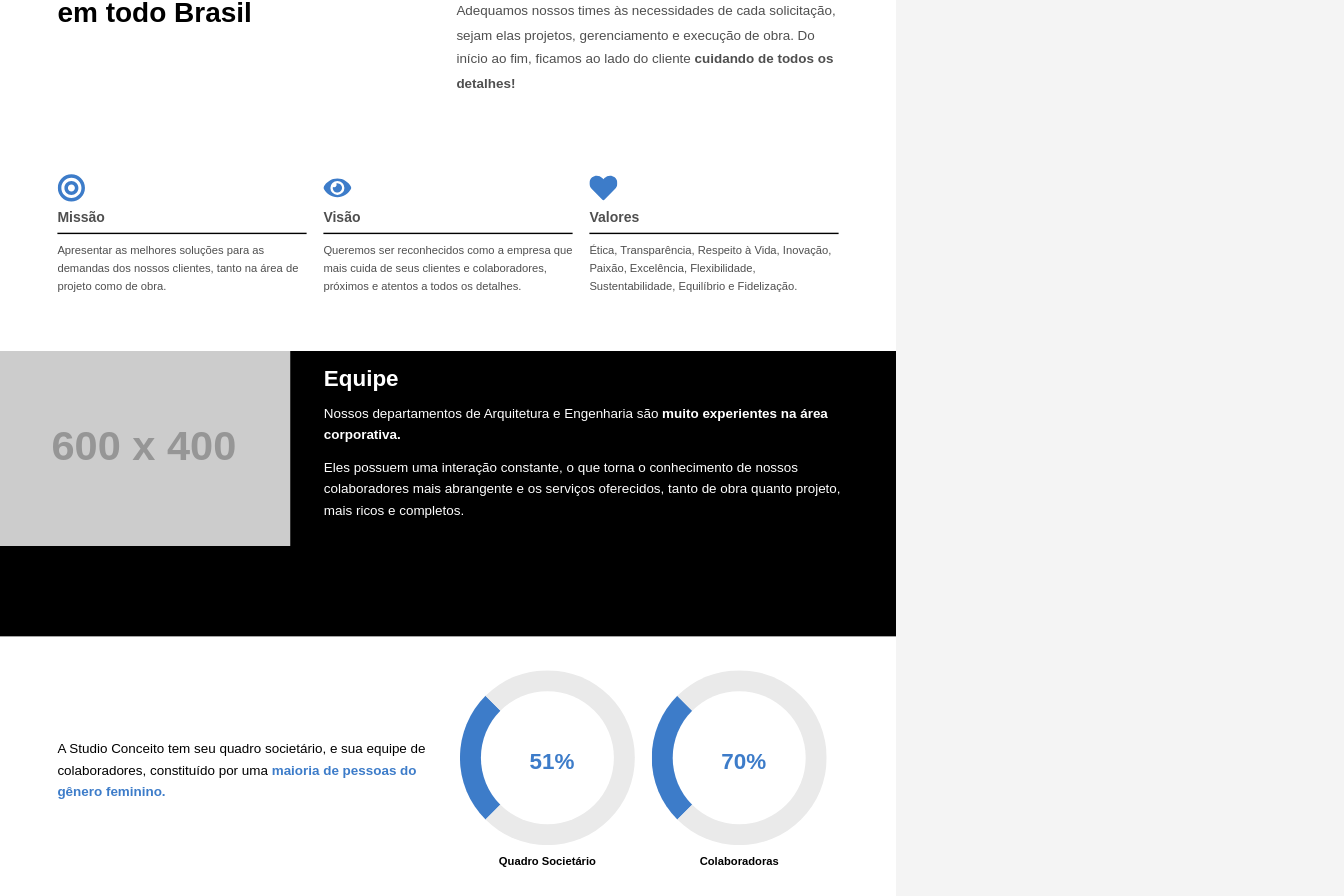
Repository: Upstairs-Agencia/studio-conceito-react
Page: /quem-somos
An editor plug-in stored every save of this project. The page is shown before and after the next save, followed by the edit.
The browser window is 1280 px wide. The page is 1920 px wide, so the pictures cover 1920 px, including what lies to the right of the window. The pictures show the part of the page from y = 2299 to 3579 px (the page is 3910 px tall), at 70% of full size.
The project was rebuilt for these pictures with package versions that can differ from the ones it lists, and the page was loaded fresh each time. Also part of the build but not shown: src/pages/Home.js, src/pages/Servicos.js, src/styles/cases.css, src/pages/Cases.js, src/pages/Blog.js, src/pages/Clientes.js, src/pages/Contato.js.

Above is the page before, as saved 2024-12-29 20:12:44.

### public/index.html
<!DOCTYPE html>
<html lang="en">
  <head>
    <meta charset="utf-8" />
    <link rel="icon" href="%PUBLIC_URL%/favicon.ico" />
    <meta name="viewport" content="width=device-width, initial-scale=1" />
    <meta name="theme-color" content="#000000" />
    <meta
      name="description"
      content="Web site created using create-react-app"
    />
    <link rel="apple-touch-icon" href="%PUBLIC_URL%/logo192.png" />
    <!--
      manifest.json provides metadata used when your web app is installed on a
      user's mobile device or desktop. See https://developers.google.com/web/fundamentals/web-app-manifest/
    -->
    <link rel="manifest" href="%PUBLIC_URL%/manifest.json" />
    <!--
      Notice the use of %PUBLIC_URL% in the tags above.
      It will be replaced with the URL of the `public` folder during the build.
      Only files inside the `public` folder can be referenced from the HTML.

      Unlike "/favicon.ico" or "favicon.ico", "%PUBLIC_URL%/favicon.ico" will
      work correctly both with client-side routing and a non-root public URL.
      Learn how to configure a non-root public URL by running `npm run build`.
    -->
    <title>Studio Conceito</title>
  </head>
  <body>
    <noscript>You need to enable JavaScript to run this app.</noscript>
    <div id="root"></div>
    <!--
      This HTML file is a template.
      If you open it directly in the browser, you will see an empty page.

      You can add webfonts, meta tags, or analytics to this file.
      The build step will place the bundled scripts into the <body> tag.

      To begin the development, run `npm start` or `yarn start`.
      To create a production bundle, use `npm run build` or `yarn build`.
    -->
  </body>
</html>

### src/index.js

import React from 'react';
import ReactDOM from 'react-dom';
import App from './App';
import 'mdb-react-ui-kit/dist/css/mdb.min.css'; // MDB styles
import './index.css'; // Global styles

ReactDOM.render(
  <React.StrictMode>
    <App />
  </React.StrictMode>,
  document.getElementById('root')
);

### src/App.js

import React from 'react';
import { BrowserRouter as Router, Routes, Route } from 'react-router-dom';
import Home from './pages/Home';
import QuemSomos from './pages/QuemSomos';
import Servicos from './pages/Servicos';
import Cases from './pages/Cases';
import Blog from './pages/Blog';
import Clientes from './pages/Clientes';
import Contato from './pages/Contato';

function App() {
  return (
    <Router>
      <Routes>
        <Route path="/" element={<Home />} />
        <Route path="/quem-somos" element={<QuemSomos />} />
        <Route path="/servicos" element={<Servicos />} />
        <Route path="/cases" element={<Cases />} />
        <Route path="/blog" element={<Blog />} />
        <Route path="/clientes" element={<Clientes />} />
        <Route path="/contato" element={<Contato />} />
      </Routes>
    </Router>
  );
}

export default App;

### src/index.css

body {
  margin: 0;
  font-family: Arial, sans-serif;
  background-color: #f4f4f4;
}

### src/pages/QuemSomos.js
import React from "react";
import Navbar from "../components/navbar"; // Importando o componente Navbar
import { MDBContainer, MDBRow, MDBCol } from "mdb-react-ui-kit";
import { FaBullseye, FaEye, FaHeart } from "react-icons/fa";

import Footer from "../components/footer";
import "../styles/quemsomos.css";

import Escritorio from '../images/quemsomosImg/escritorioImg.png';
import Bgbottom from '../images/quemsomosImg/BackgroundEndsession.png';
import socio1 from '../images/quemsomosImg/socioCristina.png';
import socio2 from '../images/quemsomosImg/socioCastilho.png';
import bgesquerda from '../images/quemsomosImg/Backgroundesqerda.png';

export default function QuemSomos() {
  return (
    <>
      <div className="all">
        {/* Navbar */}
        <Navbar />

        {/* Seção de cabeçalho do quem somos */}
        <section className="bg-black text-white py-5">
          <MDBContainer>
            <MDBRow className="align-items-center">
              <MDBCol md="6">
                <h1 className="fw-bold">Quem somos</h1>
              </MDBCol>
              <MDBCol md="6" className="text-end">
                <img
                  src="https://placehold.co/200x150" // Imagem maior para seguir o padrão original
                  alt="Padrão gráfico"
                  style={{ maxWidth: "200px", marginRight: "4rem" }}
                />
              </MDBCol>
            </MDBRow>
          </MDBContainer>
        </section>

        {/* Quem Somos Section */}
        <section className="py-5 ">
          <MDBContainer>
            <MDBRow className="align-items-center">
              <MDBCol md="6">
                <img
                  src={Escritorio}
                  alt="Studio Conceito"
                  className="img-fluid"
                />
              </MDBCol>
              <MDBCol md="6">
                <h2 className="fw-bold mb-4">Studio Conceito</h2>
                <p>
                  A Studio Conceito Arquitetura foi{" "}
                  <strong>fundada em 2009</strong> e conta com uma equipe
                  altamente capacitada e com grande experiência na área
                  corporativa.
                </p>
                <p>
                  O <strong>Atendimento Personalizado</strong> é o grande foco
                  de nossa empresa, visando sempre garantir a satisfação e a
                  consequente fidelização de nossos clientes.
                </p>
              </MDBCol>
            </MDBRow>
          </MDBContainer>

        </section>
        <img
            src={Bgbottom}
            alt="Studio Conceito"
            className="imagemfundo"
        />

        {/* Sócios Section */}
        <section className="py-5 socios text-white">
          <MDBContainer>
            <h1 className="text-left titulosocios fw-bold mb-5">Sócios</h1>
            <MDBRow className="text-center">
              <MDBCol md="6" className="mb-4">
                <div className="team-member">
                  <img
                    src={socio1}
                    alt="Arq. Cristina Castilho"
                    className="img-fluid mb-2"
                  />
                  <h4 className="fw-bold">Arq. Cristina Castilho</h4>
                  <p>CEO | Sócia fundadora</p>
                </div>
              </MDBCol>
              <MDBCol md="6" className="mb-4">
                <div className="team-member">
                  <img
                    src={socio2}
                    alt="Arq. Gabriel Castilho"
                    className="img-fluid mb-2"
                  />
                  <h4 className="fw-bold">Arq. Gabriel Castilho</h4>
                  <p>COO | Sócio fundador</p>
                </div>
              </MDBCol>
            </MDBRow>
          </MDBContainer>
        </section>

        {/* Atendemos em todo Brasil Section */}
        <section className="py-5">
          <MDBContainer>
            <MDBRow className="align-items-center">
              <MDBCol md="6" className="title-container">
                <h1 className="atendemos-title">Atendemos</h1>
                <h1 className="brasil-title">em todo Brasil</h1>
              </MDBCol>
              <MDBCol md="6">
                <p className="text-large">
                  Com uma equipe multidisciplinar e altamente capacitada,
                  composta por arquitetos, engenheiros e designers, apresentamos
                  as melhores soluções para as demandas de nossos clientes,
                  tanto na área de <span className="fw-bold">projeto</span> como
                  de <span className="fw-bold">obra</span>.
                </p>
                <p className="text-large">
                  Adequamos nossos times às necessidades de cada solicitação,
                  sejam elas projetos, gerenciamento e execução de obra. Do
                  início ao fim, ficamos ao lado do cliente{" "}
                  <span className="fw-bold">
                    cuidando de todos os detalhes!
                  </span>
                </p>
              </MDBCol>
            </MDBRow>
          </MDBContainer>
        </section>

        {/* Missão, Visão e Valores Section */}
        <section className="py-5">
          <MDBContainer className="mvvsection">
            <MDBRow className="text-center mission-row">
              <MDBCol md="4" className="mission-col">
                <div className="icon-container">
                  <FaBullseye size={40} color="#3d7cc9" />
                </div>
                <h5 className="fw-bold">Missão</h5>
                <div className="divider"></div>
                <p>
                  Apresentar as melhores soluções para as demandas dos nossos
                  clientes, tanto na área de projeto como de obra.
                </p>
              </MDBCol>
              <MDBCol md="4" className="mission-col">
                <div className="icon-container">
                  <FaEye size={40} color="#3d7cc9" />
                </div>
                <h5 className="fw-bold">Visão</h5>
                <div className="divider"></div>
                <p>
                  Queremos ser reconhecidos como a empresa que mais cuida de
                  seus clientes e colaboradores, próximos e atentos a todos os
                  detalhes.
                </p>
              </MDBCol>
              <MDBCol md="4" className="mission-col">
                <div className="icon-container">
                  <FaHeart size={40} color="#3d7cc9" />
                </div>
                <h5 className="fw-bold">Valores</h5>
                <div className="divider"></div>
                <p>
                  Ética, Transparência, Respeito à Vida, Inovação, Paixão,
                  Excelência, Flexibilidade, Sustentabilidade, Equilíbrio e
                  Fidelização.
                </p>
              </MDBCol>
            </MDBRow>
          </MDBContainer>

          {/* Equipe Section */}
          <section className="equipe-section">
            <MDBContainer fluid className="d-flex align-items-center">
              <MDBCol md="4" className="p-0">
                <img
                  src="https://via.placeholder.com/600x400"
                  alt="Equipe"
                  className="img-fluid equipe-image"
                />
              </MDBCol>
              <MDBCol
                md="8"
                className="d-flex flex-column justify-content-center equipe-text"
              >
                <h2 className="fw-bold text-left mb-3">Equipe</h2>
                <p className="text-left">
                  Nossos departamentos de Arquitetura e Engenharia são{" "}
                  <strong>muito experientes na área corporativa.</strong>
                </p>
                <p className="text-left">
                  Eles possuem uma interação constante, o que torna o
                  conhecimento de nossos colaboradores mais abrangente e os
                  serviços oferecidos, tanto de obra quanto projeto, mais ricos
                  e completos.
                </p>
              </MDBCol>
            </MDBContainer>
          </section>

          {/* Diversidade Section */}
          <section className="diversidade-section">
            <MDBContainer className="d-flex align-items-center justify-content-between">
              <MDBCol md="6" className="d-flex flex-column diversidade-text">
                <p className="text-left">
                  A Studio Conceito tem seu quadro societário, e sua equipe de
                  colaboradores, constituído por uma{" "}
                  <span className="destaque">
                    maioria de pessoas do gênero feminino.
                  </span>
                </p>
              </MDBCol>
              <MDBCol md="6" className="d-flex justify-content-center gap-4">
                {/* Gráfico Quadro Societário */}
                <div className="grafico-container">
                  <div className="grafico"></div>
                  <span className="grafico-percentual">51%</span>
                  <p className="grafico-label">Quadro Societário</p>
                </div>

                {/* Gráfico Colaboradoras */}
                <div className="grafico-container">
                  <div className="grafico"></div>
                  <span className="grafico-percentual">70%</span>
                  <p className="grafico-label">Colaboradoras</p>
                </div>
              </MDBCol>
            </MDBContainer>
          </section>
        </section>

        <Footer />
      </div>
    </>
  );
}

### src/components/navbar.js
import React, { useState } from "react";

import Logo from "../images/logoBlack.png";

import {
  MDBNavbar,
  MDBNavbarBrand,
  MDBContainer,
} from "mdb-react-ui-kit";
import { FaLinkedin, FaInstagram, FaPinterest, FaBars } from "react-icons/fa";
import { IoIosClose } from "react-icons/io";
import { Link } from "react-router-dom";

import SeloGptw from "../images/selo-gptw.png";

const Navbar = () => {
  const [showMenu, setShowMenu] = useState(false);

  return (
    <>
      {/* Navbar */}
      <MDBNavbar dark bgColor="white" className="py-4 px-5">
        <MDBContainer fluid className="d-flex justify-content-between align-items-center">
          {/* Logo */}
          <MDBNavbarBrand href="#" className="ms-5">
            <img
              src={Logo}
              alt="Logo"
              style={{ maxHeight: "90px", marginLeft: "12vw"}}
            />
          </MDBNavbarBrand>

          {/* Social Icons and Menu Toggle */}
          <div className="d-flex align-items-center">
            {/* Social Icons */}
            <div className="d-flex gap-3 me-3">
              <button className="btn btn-light rounded-circle p-2">
                <FaLinkedin size={30} />
              </button>
              <button className="btn btn-light rounded-circle p-2">
                <FaInstagram size={30} />
              </button>
              <button className="btn btn-light rounded-circle p-2">
                <FaPinterest size={30} />
              </button>
            </div>

            {/* FaBars Icon for Sidebar */}
            <button
              className="btn rounded-circle p-2"
              style={{
                background: "none",
                border: "none",
                cursor: "pointer",
              }}
              onClick={() => setShowMenu(!showMenu)}
            >
              <FaBars size={20} color="black" />
            </button>
          </div>
        </MDBContainer>
      </MDBNavbar>

      {/* Sidebar Menu */}
      {showMenu && (
        <div
          className="position-fixed top-0 end-0 bg-white vh-100 vw-350 shadow-lg d-flex flex-column"
          style={{ zIndex: 1050, width: "500px" }}
        >
          <div className="d-flex justify-content-end p-3">
            {/* Close Button */}
            <button
              className="p-0"
              style={{
                background: "none",
                border: "none",
                cursor: "pointer",
              }}
              onClick={() => setShowMenu(false)}
            >
              <IoIosClose size={40} />
            </button>
          </div>





          <div className="p-4 flex-grow-1">
            {/* Menu Items */}
            <ul className="list-unstyled">
              {[
                { label: "Home", link: "/" },
                { label: "Quem somos", link: "/quem-somos" },
                { label: "Serviços", link: "/servicos" },
                { label: "Cases", link: "/cases" },
                { label: "Blog", link: "/blog" },
                { label: "Clientes", link: "/clientes" },
                { label: "Contato", link: "/contato" },
              ].map((item, index) => (
                <li key={index} className="py-2">
                  <Link
                    to={item.link}
                    className="text-decoration-none fs-6"
                    style={{
                      transition: "all 0.3s ease-in-out", // Transição suave
                      color:"black"
                    }}
                    onMouseOver={(e) => {
                      e.currentTarget.style.color = "#FF7F30"; // Altera a cor
                      e.currentTarget.style.fontWeight = "bold"; // Negrito
                    }}
                    onMouseOut={(e) => {
                      e.currentTarget.style.color = "black"; // Retorna à cor original
                      e.currentTarget.style.fontWeight = "normal"; // Retira o negrito
                    }}
                  >
                    {item.label}
                  </Link>
                </li>
              ))}
            </ul>
          </div>



          {/* Footer Section */}
          <div className="d-flex justify-content-between align-items-center px-4 pb-4">
            {/* Social Icons */}
            <div className="d-flex gap-3">
              <button className="btn btn-dark rounded-circle p-2">
                <FaLinkedin size={20} color="white" />
              </button>
              <button className="btn btn-dark rounded-circle p-2">
                <FaInstagram size={20} color="white" />
              </button>
              <button className="btn btn-dark rounded-circle p-2">
                <FaPinterest size={20} color="white" />
              </button>
            </div>

            {/* Placeholder Image */}
            <img
              src={SeloGptw}
              alt="Great Place to Work"
              style={{ maxHeight: "200px", marginBottom: "4rem" }}
            />
          </div>
        </div>
      )}
    </>
  );
};

export default Navbar;

### src/components/footer.js
import React from "react";
import { MDBFooter, MDBContainer, MDBRow, MDBCol } from "mdb-react-ui-kit";
import Logo from "../images/logoBlack.png";
import "../styles/footer.css";

const Footer = () => {
  return (
    <MDBFooter className="footer-container text-center text-white">
      <MDBContainer className="p-4 footer-content">

        <MDBRow className="content-signature">
            {/* Logo e Nome */}
            <MDBCol md="4" className="mb-4 footer-left">
                <img
                    src={Logo}
                    alt="Studio Conceito Logo"
                    className="footer-logo"
                />

                {/* Navegação */}
                <MDBCol md="4" className="mb-3 footer-center">
                    <nav className="footer-nav">
                        <a href="/">Home</a>
                        <a href="/quem-somos"> Quem somos </a>
                        <a href="/servicos">Serviços</a>
                        <a href="/cases">Cases</a>
                        <a href="/blog">Blog</a>
                        <a href="/clientes">Clientes</a>
                        <a href="/contato" className="footerHighlight">
                            Contato
                        </a>
                    </nav>
                </MDBCol>

            </MDBCol>

            {/* Direitos Reservados */}
            <MDBCol md="4" className="mb-4 footer-right">
                <p className="mb-0">2023 &copy; Todos os direitos reservados</p>
            </MDBCol>

        </MDBRow>



      </MDBContainer>
    </MDBFooter>
  );
};

export default Footer;

### src/styles/quemsomos.css
.all{
    background-color: #fff;
}

.socios{
    background-color: #000;
}

.titulosocios{
    margin-left: 7rem;
}

/* Título: Atendemos em todo Brasil */
.title-container {
    text-align: left;
  }

  .atendemos-title {
    font-size: 2.5rem;
    font-weight: normal;
    color: #000;
  }

  .brasil-title {
    font-size: 2.5rem;
    font-weight: bold;
    color: #000;
    margin-top: -10px; /* Para aproximar os textos */
  }

  /* Texto em letras maiores */
  .text-large {
    font-size: 1.2rem;
    line-height: 1.8;
    text-align: left;
  }

  /* Missão, Visão e Valores */
  .mission-row {
    justify-content: space-between;
  }

  .mission-col {
    text-align: left;
    max-width: 400px;
  }

  .icon-container {
    margin-bottom: 10px;
  }

  .divider {
    width: 100%;
    height: 2px;
    background-color: #000;
    margin: 10px auto;
  }

  .mvvsection{
    margin-bottom: 4rem;
  }

  /* Equipe Section */
.equipe-section {
    background-color: #000;
    color: #fff;
    height: 408px;
  }

  .equipe-image {
    object-fit: cover;
    height: 100%;
    width: 100%;
    margin-left: -1rem;
  }

  .equipe-text {
    padding: 0 2rem;
  }

  .equipe-text h2 {
    font-size: 2rem;
  }

  .equipe-text p {
    font-size: 1.2rem;
  }

  /* Diversidade Section */
  .diversidade-section {
    background-color: #fff;
    color: #000;
    padding: 3rem 0;
  }

  .diversidade-text p {
    font-size: 1.2rem;
  }

  .diversidade-text .destaque {
    color: #3d7cc9;
    font-weight: bold;
  }

  /* Gráficos */
  .grafico-container {
    position: relative;
    text-align: center;
  }

  .grafico {
    width: 250px;
    height: 250px;
    border-radius: 50%;
    border: 30px solid #eaeaea;
    border-top: 30px solid #3d7cc9;
    transform: rotate(-90deg);
    margin: 0 auto;
  }

  .grafico-percentual {
    position: absolute;
    top: 50%;
    left: 50%;
    transform: translate(-40%, -90%);
    color: #3d7cc9;
    font-weight: bold;
    font-size: 2rem;
  }

  .grafico-label {
    margin-top: 10px;
    font-size: 1rem;
    font-weight: bold;
  }


  /* Responsividade */
  @media (max-width: 768px) {
    .atendemos-title,
    .brasil-title {
      font-size: 2rem;
    }

    .text-large {
      font-size: 1rem;
    }

    .mission-col {
      max-width: 100%;
    }
  }

### src/styles/footer.css
.footer-container {
    background-color: white;
    height: 25vh !important; /* Ocupa 30% da altura da tela */
    display: flex;
    justify-content: center;
    align-items: center;
    color: black;
    font-family: Arial, sans-serif;
    margin: 1rem 0;
  }

  .footer-content {
    height: 100%; /* Garante que o conteúdo ocupe toda a altura do footer */
  }

  .content-signature{
    display: flex;
    flex-direction: row;
  }

  .footer-left {
    display: flex;
    flex-direction: column;
  }

  .footer-logo {
    max-width: 40%; /* Aumenta a imagem para 40% de seu tamanho */
    margin-bottom: 10px;
  }


  .footer-center {
    text-align: center;
    margin: 2rem 0;
  }

  .footer-nav{
    display: flex;
    flex-direction: row;
    justify-content: space-around;
    width:35vw;

  }

  .footerHighlight {
    color: #ff6600 !important;
  }

  .footer-nav a {
    margin: 1px 1rem;
    text-decoration: none;
    color: #000;
    font-size: 1rem;
    transition: color 0.3s ease;
  }

  .footer-nav a:hover {
    color: #ff6600;
  }



  .footer-right {
    text-align: center;
    display: flex;
    justify-content: center;
    align-items: center;
    margin-left: 20vw;
    font-size: 0.9rem;
    color: #000;
  }

After the next save:
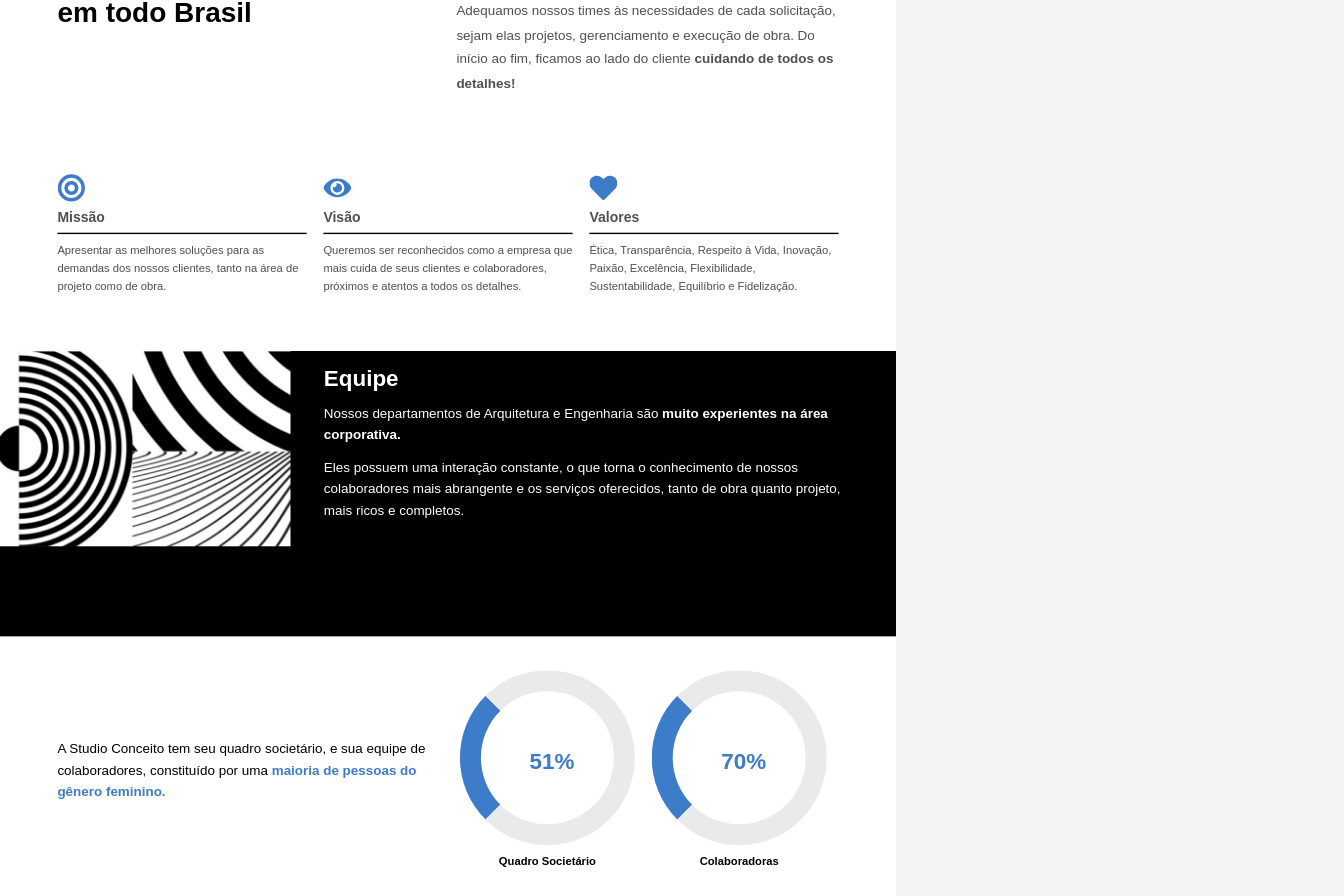
Saved 20 s later.
--- a/src/pages/QuemSomos.js
+++ b/src/pages/QuemSomos.js
@@ -179,7 +179,7 @@
             <MDBContainer fluid className="d-flex align-items-center">
               <MDBCol md="4" className="p-0">
                 <img
-                  src="https://via.placeholder.com/600x400"
+                  src={bgesquerda}
                   alt="Equipe"
                   className="img-fluid equipe-image"
                 />
